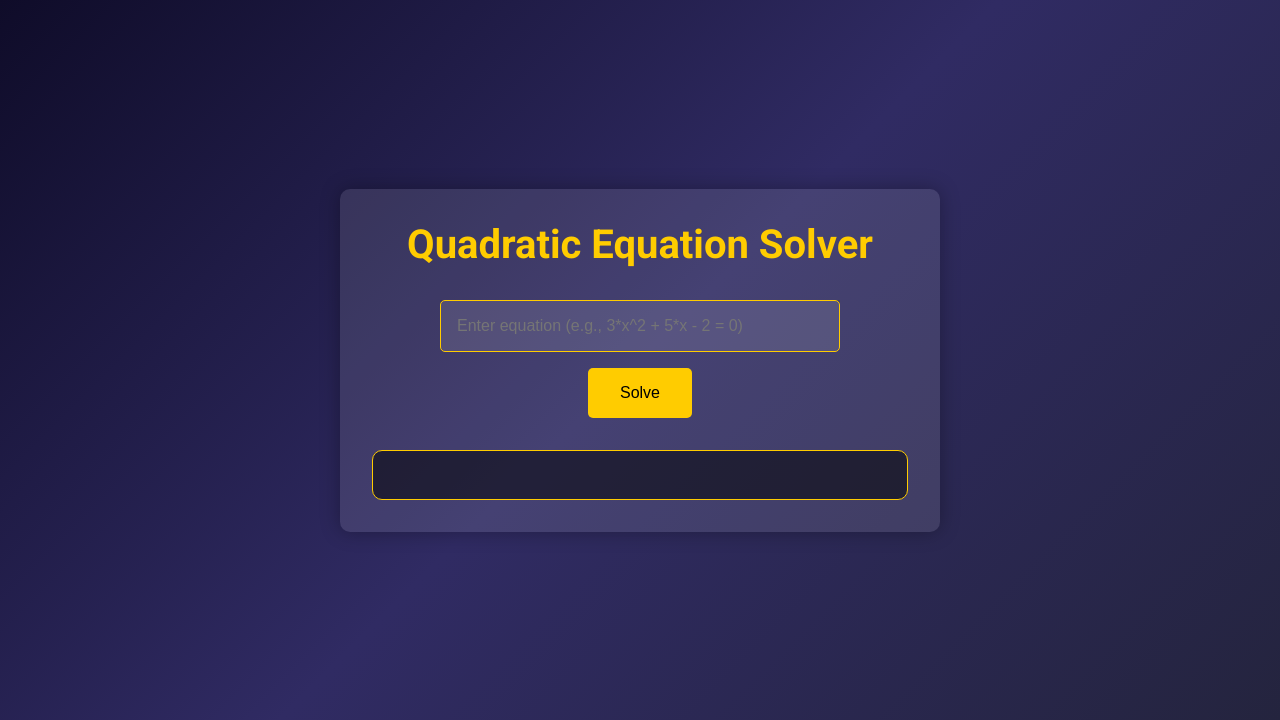
Repository: ngl-ankit/equation-solver
Page: index.html
An editor plug-in stored every save of this project. The page is shown before and after the next save, followed by the edit.
The browser window is 1280 px wide. The pictures show the whole page.

Above is the page before, as saved 2024-07-08 11:13:38.

After the next save:
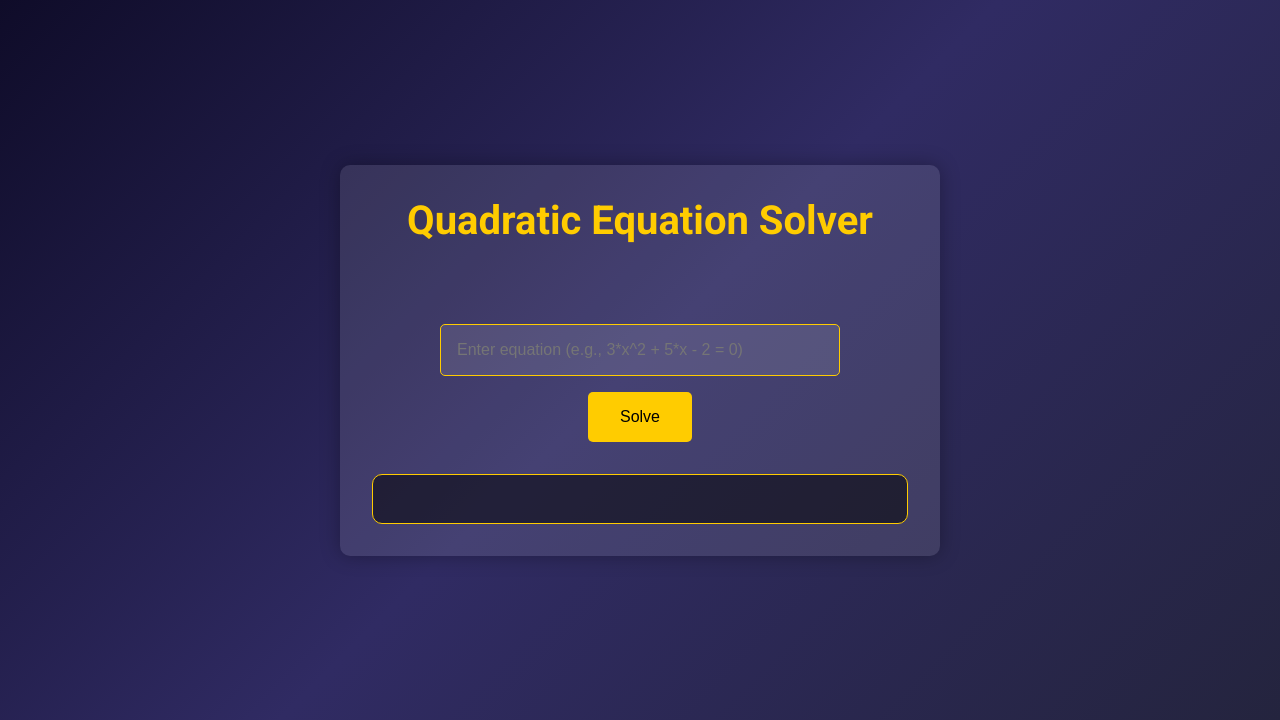
Saved 6 s later.
--- a/styles.css
+++ b/styles.css
@@ -28,7 +28,7 @@ body {
 
 h1 {
   font-size: 2.5rem;
-  margin-bottom: 2rem;
+  margin-bottom: 5rem;
   color: #ffcc00;
 }
 
